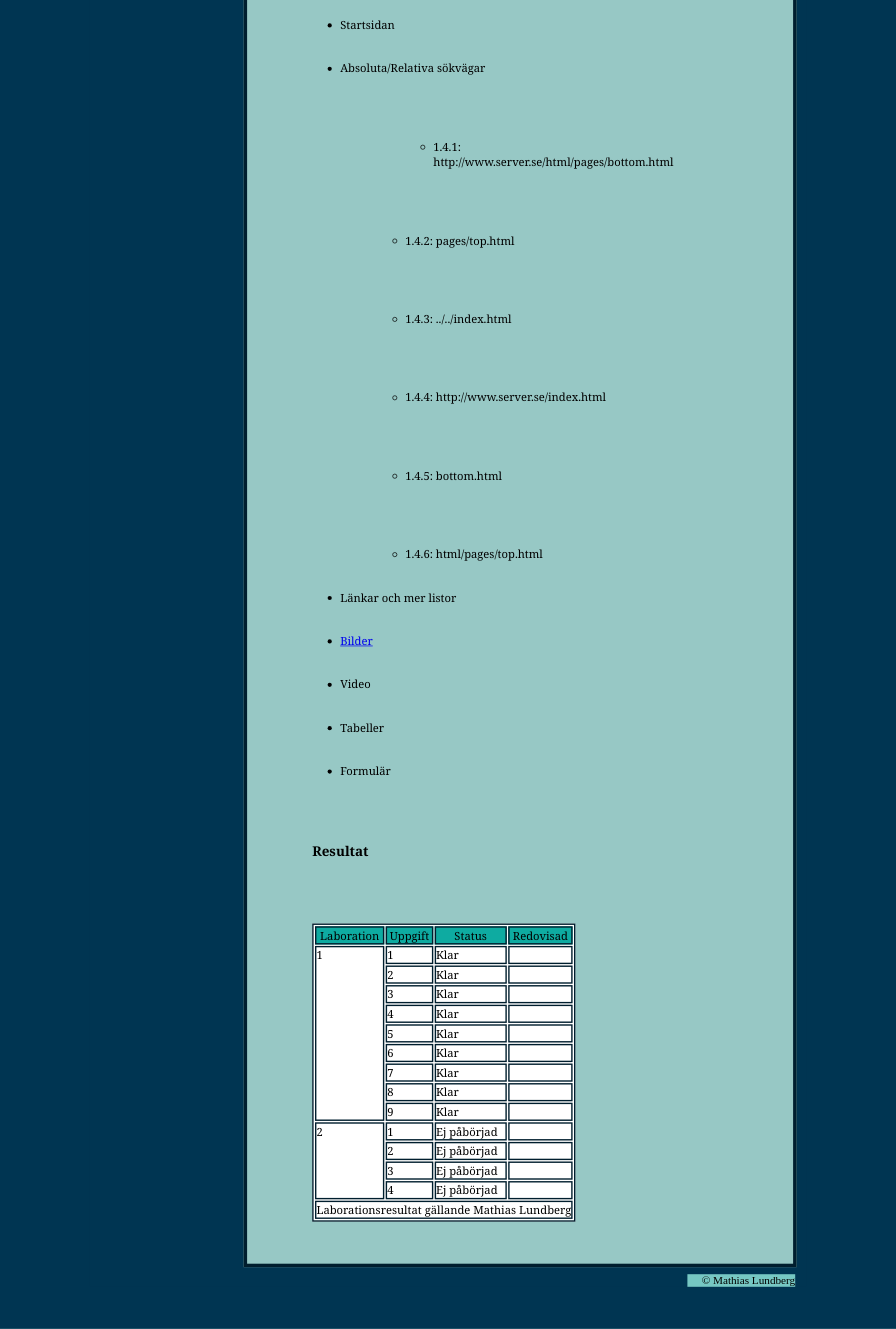
Repository: ml223nw/1ik415-laborationer
Page: pages/laborationer.html
The author's editor kept a record of every edit. The page is drawn from the files as they stood at one moment, then again after the next edit.
The browser window is 1280 px wide. The pictures show the part of the page from y = 886 to 2806 px (the page is 2784 px tall before and 2806 px after), at 70% of full size.

Above is the page before.

### pages/laborationer.html
<!DOCTYPE html>
<html lang="sv">
    <head>
        <meta charset="utf-8">
        <title>Laborationer - Mathias portal</title>
        <link rel="stylesheet" href="../css/style.css"/>
    </head>
    <body>
    <div id='container'>
    <div id="header">
        </div>

        <div id='navigation'>
        <div id="mathiasportal" class="title">MATHIAS PORTAL</h1>
        </div>
            <ul>
                <li><a href="../index.html">Start</a></li>
                <li><a href="laborationer.html" class="active">Laborationer</a></li>
                <li><a href="presentation.html">Presentation</a></li>
                <li><a href="kontakt.html">Kontakt</a></li>
            </ul>
        </div>
        <div id='content'>
        <h2>Laborationer</h2>

            <ul>
        <li><a href="http://coursepress.lnu.se/kurs/webbteknisk-introduktion/laborationer/l01-struktur-och-innehall/">Laboration 1</a></li>
            <li><a href="https://coursepress.lnu.se/kurs/webbteknisk-introduktion/laborationer/l02-en-stiligare-portal/">Laboration 2</a></li>
    </ul>

        <h3>Laboration 1</h3>

    <ul>
      <li>Utvecklingsmiljön</li>
      <li><a href="../pages/presentation.html#jag">Ett första dokument</a></li>
      <li>Startsidan</li>

      <li>Absoluta/Relativa sökvägar
        <ul>
          <li>1.4.1: http://www.server.se/html/pages/bottom.html</li>
        </ul>
      </li>

      <ul>
        <li>1.4.2: pages/top.html</li>
      </ul>

      <ul>
        <li>1.4.3: ../../index.html</li>
      </ul>

      <ul>
        <li>1.4.4: http://www.server.se/index.html</li>
      </ul>

      <ul>
        <li>1.4.5: bottom.html</li>
      </ul>

      <ul>
        <li>1.4.6: html/pages/top.html</li>
      </ul>


      <li>Länkar och mer listor</li>
      <li><a href="../index.html#svg">Bilder</a></li>
      <li>Video</li>
      <li>Tabeller</li>
      <li>Formulär</li>

    </ul>


          <h3>Resultat</h3>
  <table border='1'>
    <thead>
      <tr>
        <th>Laboration</th>
        <th>Uppgift</th>
        <th>Status</th>
        <th>Redovisad</th>
      </tr>
    </thead>
    <tbody>
      <tr>
      <td rowspan="9">1</td>
        <td>1</td>
        <td>Klar</td>
        <td></td>
      </tr>

          <tr>
            <td>2</td>
            <td>Klar</td>
            <td></td>
          </tr>

          <tr>
            <td>3</td>
            <td>Klar</td>
            <td></td>
          </tr>

          <tr>
            <td>4</td>
            <td>Klar</td>
            <td></td>
          </tr>

          <tr>
            <td>5</td>
            <td>Klar</td>
            <td></td>
          </tr>

          <tr>
            <td>6</td>
            <td>Klar</td>
            <td></td>
          </tr>

          <tr>
            <td>7</td>
            <td>Klar</td>
            <td></td>
          </tr>

          <tr>
            <td>8</td>
            <td>Klar</td>
            <td></td>
          </tr>

          <tr>
            <td>9</td>
            <td>Klar</td>
            <td></td>
          </tr>

          <tr>
          <td rowspan="4">2</td>
            <td>1</td>
            <td>Ej påbörjad</td>
            <td></td>
          </tr>

          <tr>
            <td>2</td>
            <td>Ej påbörjad</td>
            <td></td>
          </tr>

          <tr>
            <td>3</td>
            <td>Ej påbörjad</td>
            <td></td>
          </tr>

          <tr>
            <td>4</td>
            <td>Ej påbörjad</td>
            <td></td>
          </tr>
          </tbody>
      <tfoot>
      <tr>
          <td colspan="4">Laborationsresultat gällande Mathias Lundberg</td>
      </tr>
      </tfoot>
  </table>
  </div>
    <div id="footer">
    <p><p>© Mathias Lundberg</p>
    </div>
    </div>
        </body>
</html>

### css/style.css
/* http://meyerweb.com/eric/tools/css/reset/
   v2.0 | 20110126
   License: none (public domain)
*/
html, body, div, span, applet, object, iframe,
h1, h2, h3, h4, h5, h6, p, blockquote, pre,
a, abbr, acronym, address, big, cite, code,
del, dfn, em, img, ins, kbd, q, s, samp,
small, strike, strong, sub, sup, tt, var,
b, u, i, center,
dl, dt, dd, ol, ul, li,
fieldset, form, label, legend,
table, caption, tbody, tfoot, thead, tr, th, td,
article, aside, canvas, details, embed,
figure, figcaption, footer, header, hgroup,
menu, nav, output, ruby, section, summary,
time, mark, audio, video {
	margin: 0;
	padding: 0;
	border: 0;
	font-size: 100%;
	font: inherit;
	vertical-align: baseline;
}

body {
	background-color:#003552;
	alignment-adjust:middle;
}

#container {
    width:1024px;
    margin-left:auto;
    margin-right:auto;
    color:#004a74;
    background-color:#003552;
	}

#header {
	margin-top:30px;
	margin-bottom:30px;
	background-color:#003552;
	background-image: url('../pics/logoTop.png');
	background-position: center;
	background-repeat: no-repeat;
	height:237px;
    }

#pageTitle {
	color:black;
	font-size: 1.3em;
    margin-right:50px;
    }

#navigation {
	border-style:solid;
    border-width:5px;
    border-color:#001E2E;
	margin-top:10px;
	margin-bottom:10px;
	float:left;
	background-color:#97C8C5;
	padding-top:20px;
	padding-bottom:20px;
	width:190px;
	margin-right:10px;
	margin-left:10px;
	}

	#navigation ul {
    margin-top:5px;
    margin-bottom:5px;
    margin:30px;
    padding-right:20px;
    list-style:none;
	}

#content {
	float:left;
	border-style:solid;
    border-width:5px;
    border-color:#001E2E;
	background-color: #97C8C5;
	width:780px;
	font-family:Georgia, serif;
	padding-top:20px;
	padding-bottom:20px;
	margin-top:10px;
	margin-bottom:10px;
	}

	#content h3, h4, video, form, ul, ol, table {
    margin:90px 93px 40px 93px;
    color:black;
    }

    #content h2 {
    margin:30px 60px 30px 60px;
    color:black;
    }

    /* Not used */
    #content h641 {
	font-size: 1.8em;
	font-weight: bold;
    }

    #content h2 {
    color:black;
	font-size: 2.0em;
    font-weight: bold;
	text-transform: uppercase;
    }

   	#content h3 {
   	color:black;
	font-size: 1.2em;
	font-weight: bold;
    }

	#content p {
    margin:30px 93px 30px 93px;
    color:black;
    }

#content li {
    margin:40px;
    }

#footer {
    margin-left:854px;
	margin-top:10px;
	margin-bottom:15px;
    background-color:#76c8c3;
    width:154px;
    font-family:"Times New Roman", serif;
    font-size:2;
    clear:both;
}

#footer p {
    text-align:right;
    text-indent:10px;
	color:black;

}

.postfooter {
	margin-left:auto;
	margin-right:auto;
	font-style:italic;
	text-indent:10px;
    border: 1px solid #001E2E;
    border-bottom-style:solid;
    border-top-style:solid;
    border-left-style:none;
    border-right-style:none;
	width: 593px;
	line-height: 150%;
}

#navigation a {
    font-size:0.9em;
    line-height: 140%;
    text-decoration:none;
    font-family:Verdana, sans-serif;
    color:black;
    text-transform:uppercase;
    display:block;
}
#navigation a:hover {
    background-color:#0EABA1;
    width:130px;

}
#navigation a.active {
    background-color:yellow;
    width:130px;

}

#content a:hover {
    font-size:100%;
    color:yellow;
    text-decoration:underline;
}
#content a:visited a:hover {
    font-size:100%;
    color:black;
    text-decoration:underline;
}

.title {
	background-color:#97C8C5;
	margin-right:10px;
	margin-left:10px;
    padding-right:auto;
    width:160px;
    border-color:#001E2E;
    }

#mathiasportal {
    margin-left:30px;
    font-size:0.8em;
    font-weight: bold;
    font-family:Verdana, sans-serif;
    color:black;
}

table, th, td {
   border: 2px solid #001E2E;
   background-color: white;
}


th {
    background-color:#0EABA1;
}

#content form, p {
    margin:60px 60px 60px 60px;
	margin-left:auto;
	margin-right:auto;
}

#content input {
    margin-left:90px;
}

#submit {
	margin-left:auto;
	margin-right:auto;
	margin-top:30px;
}

#post4 img {
    border: 2px solid #001E2E;
   background-color: white;
}

.left {
    float:left;

}
.right {
    margin-right:93px;
    float:right;
}

After the next edit:
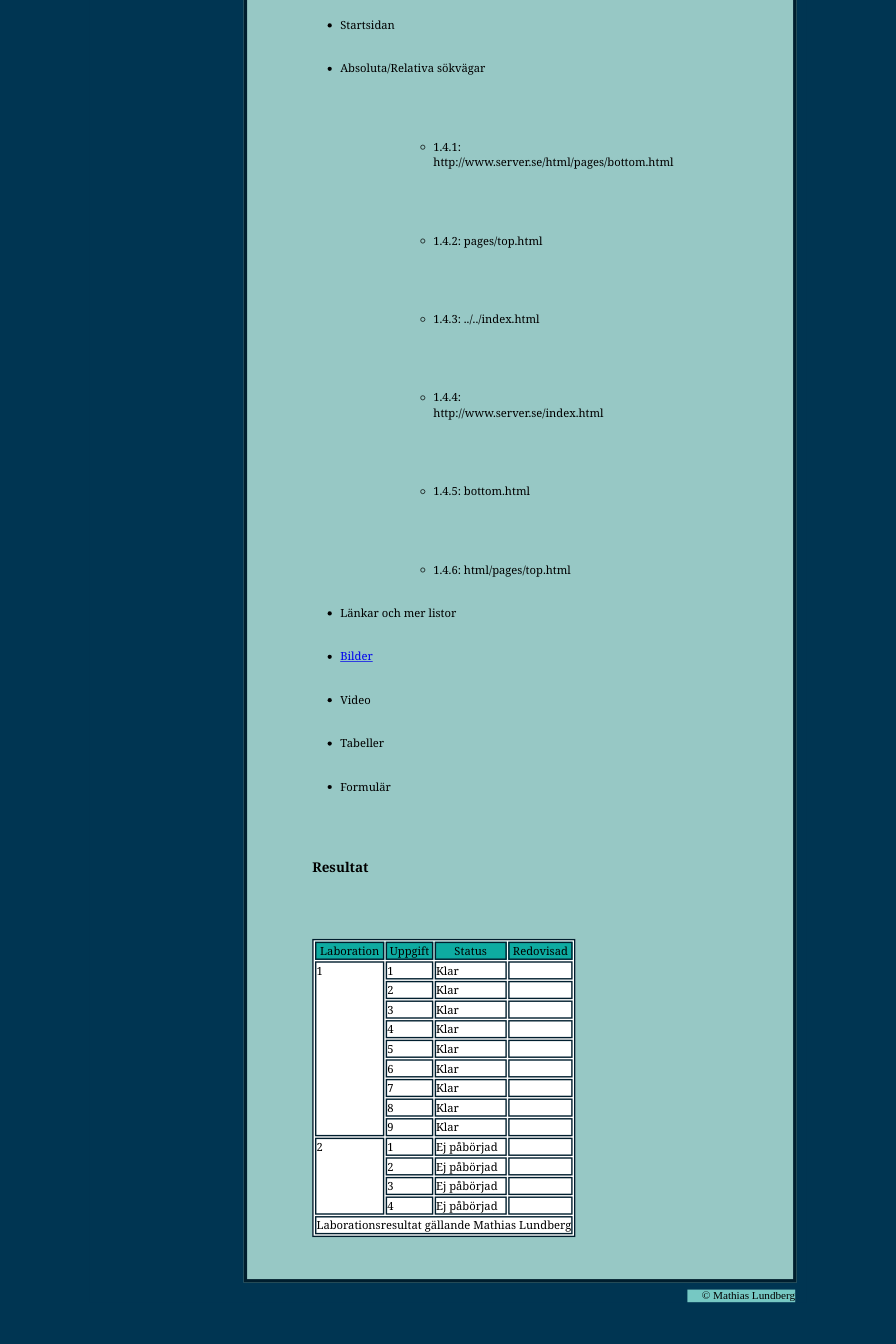
The edit:
--- a/pages/laborationer.html
+++ b/pages/laborationer.html
@@ -39,7 +39,7 @@
         <ul>
           <li>1.4.1: http://www.server.se/html/pages/bottom.html</li>
         </ul>
-      </li>
+
 
       <ul>
         <li>1.4.2: pages/top.html</li>
